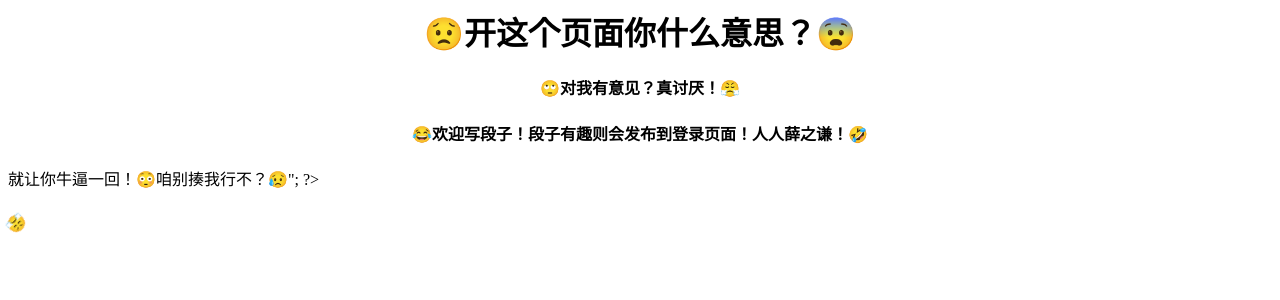
Repository: hanglearning/inventory_management_project
Page: nursePages/bug-report.html
The author's editor kept a record of every edit. The page is drawn from the files as they stood at one moment, then again after the next edit.
The browser window is 1280 px wide. The pictures show the whole page.
Empty fields were first filled with sample values (such as "Sample", 5 or name@example.com).
After loading, the first visible `#submit-bug-report-btn` was clicked once.

Above is the page before.

After the next edit:
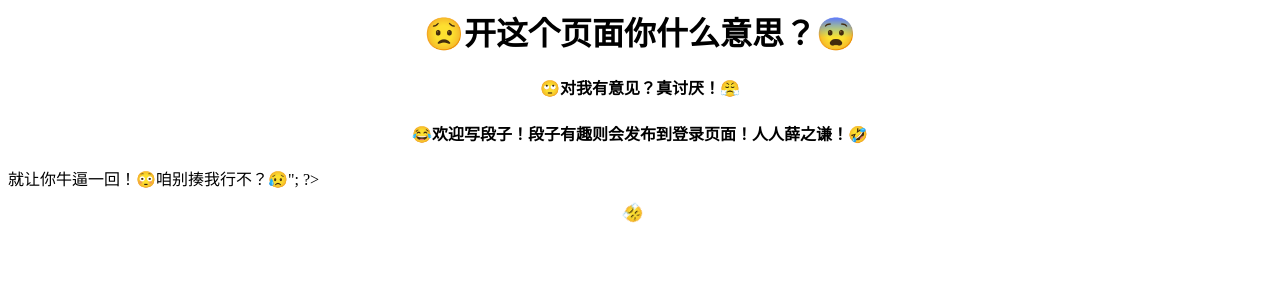
The edit:
--- a/nursePages/bug-report.html
+++ b/nursePages/bug-report.html
@@ -86,7 +86,7 @@
 		$("#submit-bug-report-btn").on("click", function(){
 			var bugReport = $("#suggestions").val();
 			if (bugReport != ''){
-				$("#submit-bug-report-btn").replaceWith("<div id='angryFaceSpin'>😤</div>");
+				$("#submit-bug-report-btn").replaceWith("<div id='angryFaceSpin' style='margin: 0 auto; width: 10px'>😤</div>");
 				var creationTime = moment().format('YYYY-MM-DD hh:mm:ss');
 				var sendData = "bugReport=" + bugReport + "&creationTime=" + creationTime;
 				$.ajax({
